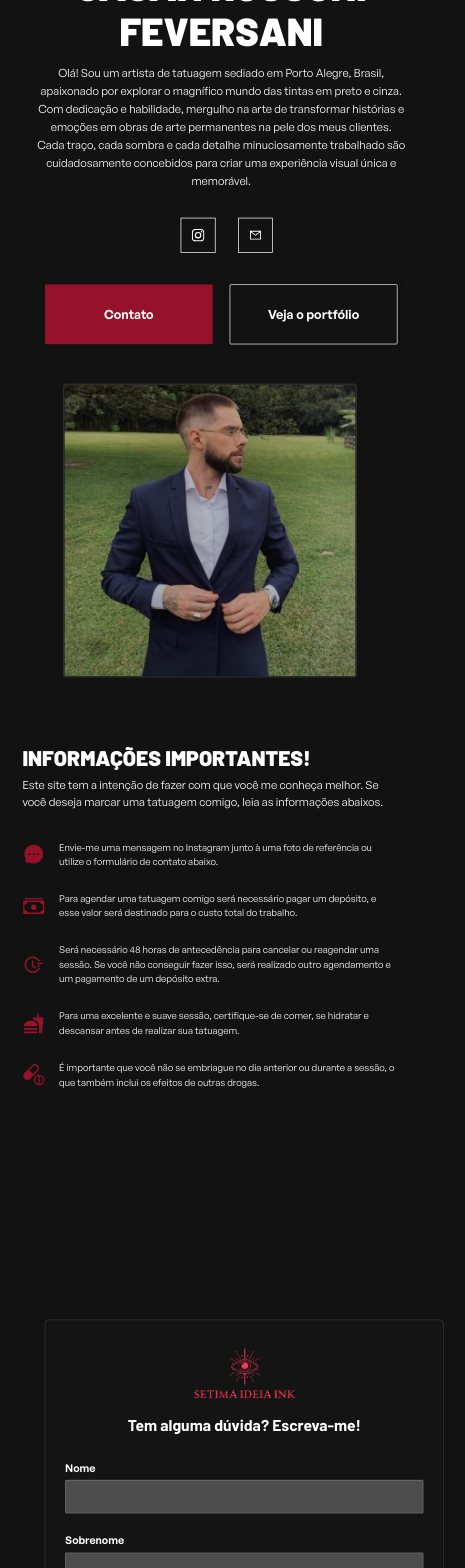
Repository: Leoka2000/S-tima-Ideia
Page: /
An editor plug-in stored every save of this project. The page is shown before and after the next save, followed by the edit.
The browser window is 600 px wide. The page is 634 px wide, then 664 px, so the pictures cover 664 px, including what lies to the right of the window. The pictures show the part of the page from y = 4260 to 6500 px (the page is 7771 px tall), at 70% of full size.
Backgrounds fixed to the window are drawn as part of the page. The project was rebuilt for these pictures with package versions that can differ from the ones it lists, and the page was loaded fresh each time. Some packages were replaced by stand-ins written for this rebuild. Also part of the build but not shown: src/pages/main/instagram/instagram.css, src/pages/main/instagram/instagram.jsx, src/App.css, src/pages/portfolio/portfolio.css, src/data/database-common.js, src/pages/portfolio/loop-content.jsx, src/pages/portfolio/portfolio.jsx, src/pages/portfolio/index.jsx and 2 more. Imported but missing from the stored project, and not drawn on this page: src/assets/videos/cauan-video.mp4.

Above is the page before, as saved 2023-07-10 21:26:01.

### public/index.html
<!DOCTYPE html>
<html lang="en">
  <head>
    <meta charset="utf-8" />
    <link rel="icon" href="%PUBLIC_URL%/logo.png" />
    <meta name="viewport" content="width=device-width, initial-scale=1" />
    <meta name="theme-color" content="#000000" />
    <meta
      name="description"
      content=""
    />
    <link rel="apple-touch-icon" href="%PUBLIC_URL%/logo192.png" />
    <!--
      manifest.json provides metadata used when your web app is installed on a
      user's mobile device or desktop. See https://developers.google.com/web/fundamentals/web-app-manifest/
    -->
    <link rel="manifest" href="%PUBLIC_URL%/manifest.json" />
    <!--
      Notice the use of %PUBLIC_URL% in the tags above.
      It will be replaced with the URL of the `public` folder during the build.
      Only files inside the `public` folder can be referenced from the HTML.

      Unlike "/favicon.ico" or "favicon.ico", "%PUBLIC_URL%/favicon.ico" will
      work correctly both with client-side routing and a non-root public URL.
      Learn how to configure a non-root public URL by running `npm run build`.
    -->
    <title>Setima Ideia</title>
  </head>
  <body>
    <noscript>You need to enable JavaScript to run this app.</noscript>
    <div id="root"></div>
    <!--
      This HTML file is a template.
      If you open it directly in the browser, you will see an empty page.

      You can add webfonts, meta tags, or analytics to this file.
      The build step will place the bundled scripts into the <body> tag.

      To begin the development, run `npm start` or `yarn start`.
      To create a production bundle, use `npm run build` or `yarn build`.
    -->
  </body>
</html>

### src/pages/main/index/index.jsx
import React from 'react'
import Hero from '../hero/hero'
import About from '../about/about'
import Carousel from '../carousel/carousel'
import HorizontalParallax2 from '../carousel/carousel2'
import LookPortfolio from '../olhe-portfolio'
import Video from '../video/video'
import Instagram from '../instagram/instagram'
import Form from '../contact/form'
import Contact from '../contact'
import Sobre from '../../sobre/about/about'

const index = () => {
  return (
    <>
      <Hero/>
      <About/>
      <Carousel/>
      <HorizontalParallax2/>
      <LookPortfolio/>
      <Video/>
      <Sobre/>
      {/* <Instagram/> */}
      <Contact/>
    </>
  )
}

export default index

### src/pages/sobre/about/about.jsx
import React from 'react'
import "./about.css"
import { BsFacebook } from 'react-icons/bs'
import { BsInstagram } from 'react-icons/bs'
import { AiOutlineMail } from 'react-icons/ai'
import cauan from '../../../assets/images/cauan.jpg'
import {Link} from 'react-scroll'

const Sobre = () => {
  return (
    <section id='about' className='sobre-section'>
      <main>
        <div className='sobre-left'>
          <h2>Tatuador na equipe Família Bagé.</h2>
          <h1>Cauan Rossoni Feversani</h1>
          <p>Olá! Sou um artista de tatuagem sediado em Porto Alegre, Brasil, apaixonado por explorar o magnífico mundo das tintas em preto e cinza. Com dedicação e habilidade, mergulho na arte de transformar histórias e emoções em obras de arte permanentes na pele dos meus clientes. Cada traço, cada sombra e cada detalhe minuciosamente trabalhado são cuidadosamente concebidos para criar uma experiência visual única e memorável. </p>
          <div className='sobre-icons-wrapper'>
            <a target='_blank' href='https://www.instagram.com/setimaideia.ink'>
              <BsInstagram />
            </a>
            <a href='mailto:contato.cauanrf@gmail.com'>
              <AiOutlineMail />
            </a>
          </div>
          <div className='sobre-button-wrapper'>
          <Link style={{ textDecoration: 'none' }} spy={true} smooth={true} offset={100} duration={500} to='form' ><button className='solid'>Contato</button></Link>
            <a target='_blank' href='https://www.instagram.com/setimaideia.ink'><button className='transparent'>Veja o portfólio</button></a>
          </div>
        </div>
        <div className='sobre-right'>
          <img alt='cauan' src={cauan}/>
        </div>
      </main>
    </section>
  )
}

export default Sobre

### src/components/footer/footer.jsx
import { useEffect } from 'react'
import './footer.css'
import { BsFacebook } from 'react-icons/bs'
import { BsInstagram } from 'react-icons/bs'
import { AiOutlineMail } from 'react-icons/ai'
import machine from '../../assets/icons/tattoo-machine.png'
import bage from '../../assets/brand/bage.jpg'
import { useLocation } from 'react-router-dom'
import { Link } from 'react-scroll'

const Footer = () => {

    const location = useLocation();

    useEffect(() => {
        window.scrollTo(0, 0);
    }, [location.pathname]);


    return (
        <footer>
            <main>
                <div className='footer-left'>
                    <div className='footer-cauan'>
                        <img src={machine} />
                        <p>Cauan Rossoni</p>
                    </div>

                    <div className='footer-icons-wrapper'>
                        <a target='_blank' href='https://www.instagram.com/setimaideia.ink/'>< BsInstagram /></a>
                        <a target='_blank' href='mailto:contato.cauanrf@gmail.com'><AiOutlineMail /></a>
                    </div>
                </div>
                <div className='footer-middle'>
                    <h1>Páginas</h1>
                    <Link style={{ textDecoration: 'none' }} spy={true} smooth={true} offset={100} duration={500} to='inicio' >Início</Link>
                    <Link style={{ textDecoration: 'none' }} spy={true} smooth={true} offset={100} duration={500} to='portfolio' >Portfolio</Link>
                    <Link style={{ textDecoration: 'none' }} spy={true} smooth={true} offset={100} duration={500} to='about' >Sobre</Link>
                </div>
                <div className='footer-right'><a target='_blank' href='https://www.instagram.com/_familiabagetattoo_/'><img src={bage} /></a></div>
            </main>
            <div className='leo-tag'>
                <p>Desenvolvido por <a target='_blank' style={{textDecoration: 'none'}} href='https://www.linkedin.com/in/leoreus/'>Leo Reus Oliveira</a></p>
            </div>
        </footer>
    )
}

export default Footer

### src/pages/main/hero/hero.jsx
import React from 'react';
import { motion } from 'framer-motion';
import './hero.css';
import logo from '../../../assets/brand/logoCorrected.png';
import { Link } from 'react-scroll';

const Hero = () => {
  const text = "Olá, aqui é o Cauan, bem-vindo ao meu website!";

  const parentVariants = {
    animate: {
      transition: {
        staggerChildren: 0.05,
      },
    },
  };

  const childVariants = {
    initial: {
      y: 20,
      opacity: 0,
    },
    animate: {
      y: 0,
      opacity: 1,
    },
  };

  return (
    <section id='inicio' className="hero-section">
      <div className="hero-wrapper">
        <img src={logo} alt="logo" />
        <motion.h1 variants={parentVariants} initial="initial" animate="animate">
          {text.split("").map((letter, index) => (
            <motion.span key={index} variants={childVariants}>{letter}</motion.span>
          ))}
        </motion.h1>
        <h2>Clique no botão abaixo para saber mais.</h2>
        <div>
          <Link to='sobre' className="colored-hero" style={{textDecoration: 'none'}} spy={true} smooth={true} offset={100} duration={500}>Saiba mais</Link>
        </div>
      </div>
    </section>
  );
};

export default Hero;

### src/pages/main/carousel/carousel.jsx
import C1 from '../../../assets/carousel/c1.jpg'
import C2 from '../../../assets/carousel/c2.jpg'
import C3 from '../../../assets/carousel/c4.jpg'
import C4 from '../../../assets/carousel/c5.jpg'
import C5 from '../../../assets/carousel/c6.jpg'
import C6 from '../../../assets/carousel/c7.jpg'
import C7 from '../../../assets/carousel/c20.jpg'
import C8 from '../../../assets/carousel/c11.jpg'
import C9 from '../../../assets/carousel/c12.jpg'

import C11 from '../../../assets/carousel/c15.jpg'
import C12 from '../../../assets/carousel/c16.jpg'
import C13 from '../../../assets/carousel/c17.jpg'
import C15 from '../../../assets/carousel/c19.jpg'
import C16 from '../../../assets/carousel/c21.jpg'





import React, {useState, useEffect} from "react";
import './carousel.css'

const images = [
  C1,
  C5,
  C4,
  C3,
  C7,
  C2,
  C6,
  //  C10,
  C8,
  C9,

  C11,
  C12,
  // C14,
  C13,
  C15,
  C16,
  // C17,



];

const HorizontalParallax = () => {
  const [scrollY, setScrollY] = useState(0);

  useEffect(() => {
    const handleScroll = () => {
      setScrollY(window.scrollY);
    };

    window.addEventListener("scroll", handleScroll);

    return () => {
      window.removeEventListener("scroll", handleScroll);
    };
  }, []);

  const calculateX = (scrollY) => {
    const minScroll = 0;
    const maxScroll = 2000;
    const minX = 0;
    const maxX = -2000;

    return (scrollY - minScroll) * ((maxX - minX) / (maxScroll - minScroll)) + minX;
  };

  const x = calculateX(scrollY);

  return (
    <div className="horizontal-parallax">
      <div className="images-container" style={{ transform: `translateX(${x}px)` }}>
        {images.map((image, index) => (
          <div key={index} className="image">
            <img src={image} alt={`Image ${index}`} />
          </div>
        ))}
      </div>
    </div>
  );
};

export default HorizontalParallax;

### src/pages/main/carousel/carousel2.jsx
import React, { useState, useEffect } from "react";
import './carousel.css'
import C1 from '../../../assets/carousel/c1.jpg'
import C2 from '../../../assets/carousel/c2.jpg'
import C13 from '../../../assets/carousel/c4.jpg'
import C4 from '../../../assets/carousel/c5.jpg'
import C5 from '../../../assets/carousel/c6.jpg'
import C6 from '../../../assets/carousel/c7.jpg'
// import C7 from '../../../assets/carousel/c10.jpg'
import C8 from '../../../assets/carousel/c11.jpg'
import C9 from '../../../assets/carousel/c12.jpg'
// import C10 from '../../../assets/carousel/c13.jpg'
import C11 from '../../../assets/carousel/c15.jpg'
import C12 from '../../../assets/carousel/c16.jpg'
// import C13 from '../../../assets/carousel/c17.jpg'
import C15 from '../../../assets/carousel/c19.jpg'
import C16 from '../../../assets/carousel/c21.jpg'

const images = [
  C1,
  C5,
  C4,
  // C7,
  C2,
  C6,
  C13,
  C8,
  C9,
  // C10,
  C11,
  C12,
  // C13,
  C15,
  C16,
  // C17,
  // C18,
];

const HorizontalParallax2 = () => {
  const [scrollY, setScrollY] = useState(0);

  useEffect(() => {
    const handleScroll = () => {
      setScrollY(window.scrollY);
    };

    window.addEventListener("scroll", handleScroll);

    return () => {
      window.removeEventListener("scroll", handleScroll);
    };
  }, []);

  const calculateX = (scrollY) => {
    const minScroll = 0;
    const maxScroll = 3000;
    const minX = -2000;
    const maxX = 0;

    return (scrollY - minScroll) * ((maxX - minX) / (maxScroll - minScroll)) + minX;
  };

  const x = calculateX(scrollY);

  return (
    <div className="horizontal-parallax">
      <div className="images-container" style={{ transform: `translateX(${x}px)` }}>
        {images.map((image, index) => (
          <div key={index} className="image">
            <img src={image} alt={`Image ${index}`} />
          </div>
        ))}
      </div>
    </div>
  );
};

export default HorizontalParallax2;

### src/pages/main/olhe-portfolio/index.jsx
import React from 'react'
import './index.css'
import img from '../../../assets/images/Signature.jpg'
import silhouete from '../../../assets/icons/about-tattoo-machine.png'
import clown from '../../../assets/icons/rose.png'
import { useInView } from 'react-intersection-observer';
import { motion } from 'framer-motion'
import { Link } from 'react-router-dom'

const LookPortfolio = () => {

  const [ref1, inView1] = useInView({
    threshold: 0.3,
    triggerOnce: true,
    delay: 0.7
  });

  const [ref2, inView2] = useInView({
    threshold: 0.3,
    triggerOnce: true,
    delay: 0.9
  });

  return (
    <section id='portfolio' className='look-portfolio-section'>
      <img alt='silhouete' className='silhouete' src={silhouete} />
      <img alt='silhouete' className='clown' src={clown} />
      <motion.div
        ref={ref1}
        initial={{ opacity: 0 }}
        animate={inView1 ? { opacity: 1 } : { opacity: 0 }}
        transition={{ duration: 1 }}
        className='look-portfolio-left'>
        <img src={img} />
      </motion.div>
      <br/>
      <motion.div
        ref={ref2}
        initial={{ opacity: 0 }}
        animate={inView2 ? { opacity: 1 } : { opacity: 0 }}
        transition={{ duration: 1 }}
        className='look-portfolio-right'>
        <h1>Confira o meu portfólio!</h1>
        <p>Clique no link a baixo para acessar o meu portfólio no Instagram. Lá, você pode encontrar uma exposição dos meus trabalhos atualizados.</p>
        <a
         style={{textDecoration:'none'}} target='_blank' href='https://www.instagram.com/setimaideia.ink/'>Saiba mais</a>
      </motion.div>

    </section>
  )
}

export default LookPortfolio

### src/pages/main/video/video.jsx
import React, { useState } from 'react';
import './video.css';
import cauan from '../../../assets/videos/cauan-video.mp4'
import thumb from '../../../assets/images/Thumbnail.jpg'
import { FaPlay, FaTimes } from "react-icons/fa";

function Video() {
    const [showVideo, setShowVideo] = useState(false);

    function handlePlayClick() {
        setShowVideo(true);
        document.body.style.overflow = 'hidden';
    }

    function handleCloseClick() {
        setShowVideo(false);
        document.body.style.overflow = 'visible';
    }

    return (
        <section className="video-thumbnail">
            <div className='overlay-effect'>
                <div
                    className="thumbnail-image"

                >
                    <button
                        className="play-button"
                        onClick={handlePlayClick}
                    >
                        <FaPlay className="play-icon" />
                    </button>
                </div>
                {showVideo && (
                    <div className="video-overlay">
                        <button className="close-button" onClick={handleCloseClick}>
                            <FaTimes className="close-icon" />
                        </button>
                        <div className="video-wrapper">
                            <video src={cauan} controls autoPlay />
                        </div>
                    </div>
                )}
            </div>
        </section>
    );
}

export default Video

### src/pages/main/contact/index.jsx
import React from 'react'
import Form from './form'
import './form.css'
import { useInView } from 'react-intersection-observer';
import { motion } from 'framer-motion'
import { AiFillMessage } from 'react-icons/ai'
import { AiOutlineFieldTime } from 'react-icons/ai'
import { BsCashStack } from 'react-icons/bs'
import { MdFastfood} from 'react-icons/md'
import {BsCapsulePill} from 'react-icons/bs'

const Index = () => {

  const [ref1, inView1] = useInView({
    threshold: 0.7,
    triggerOnce: true,
    delay: 0.9
  });

  return (
    <section className='form-section-parent'>

      <motion.header
        ref={ref1}
        initial={{ opacity: 0 }}
        animate={inView1 ? { opacity: 1 } : { opacity: 0 }}
        transition={{ duration: 1 }}
        className='form-header'>
        <h1>INFORMAÇÕES IMPORTANTES!</h1>
        <p>Este site tem a intenção de fazer com que você me conheça melhor. Se você deseja marcar uma tatuagem comigo, leia as informações abaixos.</p>
        <div className='row-wrapper'>
          <div>
            <span><AiFillMessage /></span>
            <p>Envie-me uma mensagem no Instagram junto à uma foto de referência ou utilize o formulário de contato abaixo.</p>
          </div>
          <div>
            <span><BsCashStack /></span>
            <p>Para agendar uma tatuagem comigo será necessário pagar um depósito, e esse valor será destinado para o custo total do trabalho.</p>
          </div>
          <div>
            <span><AiOutlineFieldTime /></span>
            <p>Será necessário 48 horas de antecedência para cancelar ou reagendar uma sessão. Se você não conseguir fazer isso, será realizado outro agendamento e um pagamento de um depósito extra.</p>
          </div>
          <div>
            <span><MdFastfood /></span>
            <p>Para uma excelente e suave sessão, certifique-se de comer, se hidratar e descansar antes de realizar sua tatuagem.</p>
          </div>
          <div>
            <span><BsCapsulePill/></span>
            <p>É importante que você não se embriague no dia anterior ou durante a sessão, o que também inclui os efeitos de outras drogas.</p>
          </div>

        </div>

      </motion.header>
      <Form />
    </section >
  )
}

export default Index

### src/pages/main/carousel/carousel.css
.horizontal-parallax {
  position: relative;
  width: 100%;
  height: 400px;
  overflow-x: hidden;
}

.images-container {
  position: absolute;
  top: 0;
  left: 0;
  height: 100%;
  white-space: nowrap;
}

.image {
  display: inline-block;
  width: 400px;
  height: 350px;
  margin-right: 20px;
  overflow: hidden;
}

.image img {
  width: 100%;
  height: 100%;
  object-fit: cover;
  border-radius: 4px;
  box-shadow: 0 2px 4px rgba(0, 0, 0, 0.3);
}

@media screen and (max-width: 650px) {
  .image {
    display: inline-block;
    width: 210px;
    height: 245px;
    margin-right: 20px;
    overflow: hidden;
  }
  .horizontal-parallax {
    position: relative;
    width: 100%;
    height: 350px;
    overflow-x: hidden;
  }

}

### src/pages/main/contact/form.css
.form-section-parent {
    display: flex;
    width: 100%;
    flex-direction: column;
}
input:focus, textarea:focus {
    border-color: #f8133c;
}
.form-header {
    padding-top: 1rem;
    padding-bottom: 1rem;
    text-align: left;
    display: flex;
    flex-direction: column;
    justify-content: center;
    align-items: start;
    margin-left: 10rem;

}
.form-header > h1 {
    font-family: Barlow, sans-serif;
color: #fff;
font-size: 3rem;
line-height: 1.244em;
font-weight: 900;
text-transform: uppercase;
margin-bottom: 0.5rem;




}
.form-header > p {
width: 700px;
margin-bottom: 1.5rem;
font-size: 1.2rem;
line-height: 1.6rem;
font-weight: 500;
text-align: left;

}
.row-wrapper {
    display: flex;
    flex-direction: column;
    align-items: start;
    text-align: left;
    gap: 2rem;
    margin-top: 1rem;

}

.row-wrapper > div {
    display: flex;
    align-items: center;
    justify-content: center;
    gap: 1.3rem;
}
.row-wrapper > div > p {
    max-width: 39rem;
    font-size: 0.95rem;
    line-height: 1.5rem;
}
.row-wrapper > div > span{
    font-size: 2rem;
    border-radius: 100%;

    color: #96122a;

}

.form-section {
    position: relative;
    display: flex;
    flex-direction: column;
    color: rgb(218, 218, 218);
    align-items: start;
    padding: 35rem 0rem 27rem 0rem;
    margin-top: 5rem 0 5rem 0;
}
.cauan-img {
    position: absolute;
    background-image: linear-gradient(180deg, rgba(0, 0, 0, 0.6), rgba(0, 0, 0, 0.6)), url('../../../assets/images/contato.jpg');
width:100%;
height: 100%;
background-position: 0px 0px, 100% 50%;
background-size: auto, auto 100vh;
background-attachment: scroll, fixed;
top: 0;
right: 0;
}



form {
    position: absolute;
    left: 4rem;
    bottom:4rem;
display: flex;
flex-direction: column;
gap: 1rem;
border-radius: 5px;
align-items: center;
background-color: rgb(20, 20, 20);
border: 1px solid #393939;
width: 40rem;

padding: 2rem;

}

form > header {
    font-size: 2rem;
    margin-bottom: 1rem;
    display: flex;
    justify-content: space-between;
    width: 100%;
    align-items: center;
}
form > header > h1 {
    font-family: Barlow, sans-serif;
    line-height: 2.43rem;
    font-weight: 600;
}
form > header > img {
   width: 15rem;
}
.flex-div {
    display: flex;
    width: 100%;
    gap: 1rem;
}
label {
    margin-bottom: 0.1rem;
    font-weight: 500;
    font-size: 0.95rem;
}
.error-message {
    font-size: 0.8rem;
    color: red;
}
.form-row {
    display: flex;
    flex-direction: column;
    width: 100%;
    border: none;


}

.success {
    color: green;
    font-size: 1rem;
  }
.form-input {
background-color: rgba(212, 212, 212, 0.3);
border-radius: 2px;
padding: 0.5rem;
border: 1px solid rgba(212, 212, 212, 0.3) ;
outline: none;
font-weight: 300;
color: rgb(255, 255, 255);

margin-bottom: 0.5rem;

}
#checkbox-wrapper {
    align-items: start;
}

.input-error {
    background-color: rgba(212, 212, 212, 0.3);

border: red 1px solid;
border-radius: 3px;
padding: 0.5rem;
color: rgb(255, 255, 255);


}
textarea {
    background-color: rgba(212, 212, 212, 0.3);
    outline: none;
    border: none;
    height: 6rem;
    padding: 0.5rem;
    border-radius: 2px;
    margin-bottom: 0.5rem;
}
.form-button {
    padding: 1rem;
    cursor: pointer;
    justify-content: center;
    border: 1px solid transparent;
    border-radius: 2px;
    background-color: #96122a;
    transition: box-shadow 300ms ease, transform 300ms ease;
    font-family: 'General Sans', sans-serif;
    color: #fff;
    line-height: 1.111em;
    font-weight: 700;
    text-align: center;
    text-decoration: none;
    text-transform: none;
    transform-style: preserve-3d;
    width: 100%;

}

.form-button:hover {
    box-shadow: 0 10px 20px 0 rgba(248, 19, 60, 0.2);
    transform: translate3d(0px, -3px, 0.01px);
    color: #fff;
}


.swal2-styled {
    background-color: #bc9864;

}
@media (max-width: 950px) {
    .form-header {
        padding: 2rem 1rem 5rem 1rem;
        text-align: center;
        display: flex;
        flex-direction: column;
        justify-content: center;
        align-items: left;
        margin-left: 0rem;

}
.form-header > p {
    width: 600px;
}
}
@media (max-width: 868px) {
    form {
        display: flex;
        width: 100%;
    }
    form > header {
        flex-direction: column-reverse;
        gap: 1rem;
        text-align: center;

    }
    .form-header > h1 {
        margin-bottom: 0.5rem;
         font-size: 1.9rem;
         text-align: left;
         color: #fff;

         line-height: 1.196em;
         font-weight: 900;
         text-transform: uppercase;
     }
     .row-wrapper > div > p {
       width: 90%;
        font-size: 0.85rem;
        line-height: 1.3rem;
    }
    .row-wrapper > div > span {
        font-size: 1.9rem;
    }

    .form-header > p {
   font-size: 1rem;
   font-weight: 400;

    }
    .form-section {
        height: 80rem;
        width: 100%;
    }

        form > header > h1 {
            font-family: Barlow, sans-serif;
            line-height: 1.85rem;
            font-weight: 700;

            font-size: 1.4rem;

        }
    .flex-div {
        flex-direction: column;
    }
    .cauan-img {
        position: absolute;
        background-image: linear-gradient(180deg, rgba(0, 0, 0, 0.6), rgba(0, 0, 0, 0.6)), url('../../../assets/images/contato.jpg');
    width:100%;
    height: 80rem;
    background-position: 0px 0px, 100% 50%;
    background-size: auto, auto 100vh;
    background-attachment: scroll, fixed;
    top: 0;
    right: 0;
    }
}
@media (max-width: 650px) {
    .form-section {
        display: flex;
        flex-direction: column;
        color: white;
        width: 100%;
        padding: 2rem 0rem 0rem 0rem;
      align-items: center;
    }
    .form-header {
        margin-right: 1rem;
        margin-left: 1rem;
        padding-top: 2rem;
        padding-bottom: 2rem;

    }
    .form-header > p {
        width: 100%;
    }
    form {
        width: 95%;
      display: flex;
      justify-content: center;
        padding-right: 1.75rem;
        padding-left: 1.75rem;
        margin-bottom: 0rem;

    }

    .cauan-img {
        height: 90rem;
        display: none;
    }
    form > header > img {
        width: 10rem;
     }
    }

Loaded but not shown: src/index.js (36 lines, source omitted); src/routes.js (29 lines, source omitted); src/components/navbar/navbar.css (298 lines, source omitted); src/pages/sobre/about/about.css (273 lines, source omitted); src/pages/main/about/about.css (266 lines, source omitted); src/pages/main/contact/form.jsx (95 lines, source omitted); src/pages/main/hero/hero.css (175 lines, source omitted); src/index.css (107 lines, source omitted); src/pages/main/olhe-portfolio/index.css (156 lines, source omitted); src/components/footer/footer.css (152 lines, source omitted); src/components/navbar/navbar.jsx (78 lines, source omitted); src/pages/main/video/video.css (140 lines, source omitted); src/pages/main/about/about.jsx (57 lines, source omitted)

After the next save:
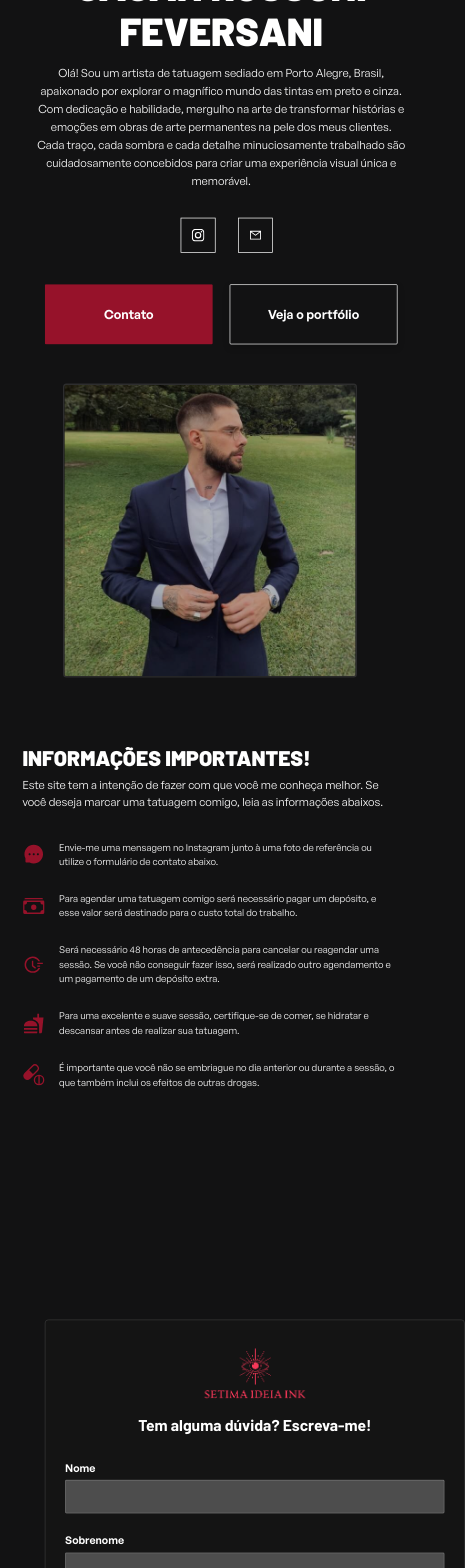
Saved 2 min 45 s later.
--- a/src/pages/main/contact/form.css
+++ b/src/pages/main/contact/form.css
@@ -315,7 +315,7 @@ textarea {
         width: 100%;
     }
     form {
-        width: 95%;
+        width: 100%;
       display: flex;
       justify-content: center;
         padding-right: 1.75rem;
